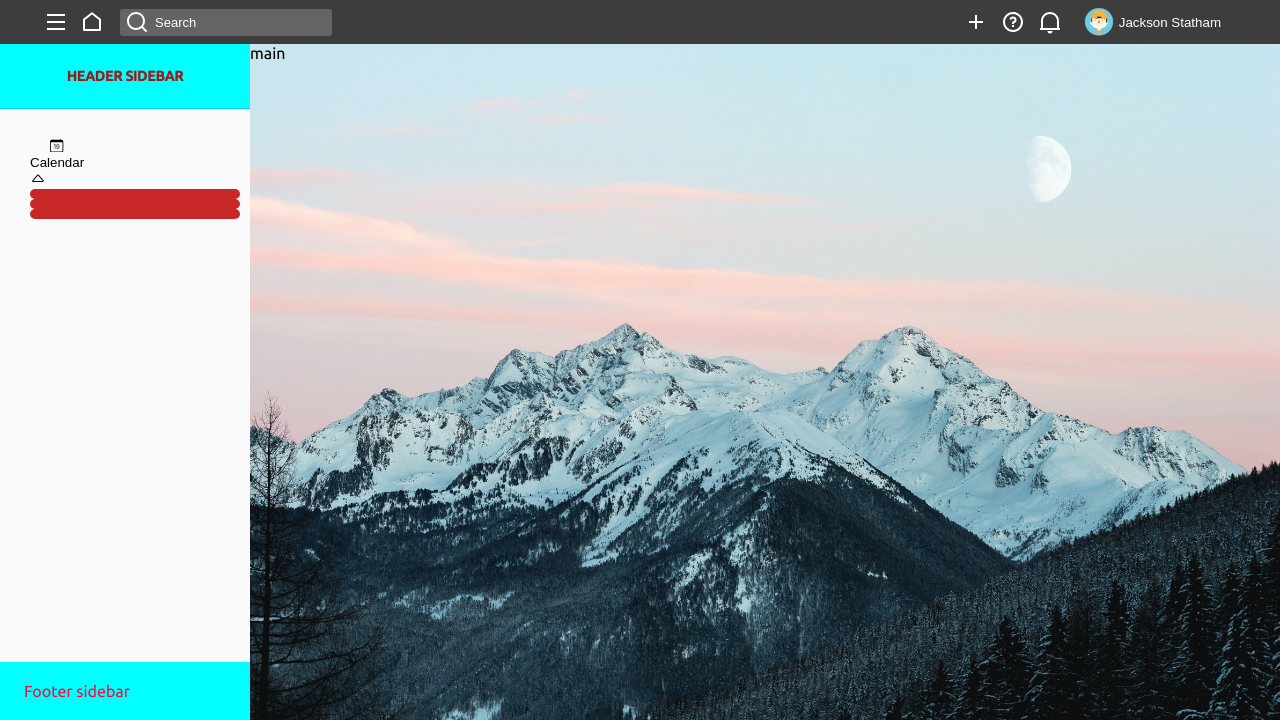
Repository: huuthe1999/to-do-list
Page: /
An editor plug-in stored every save of this project. The page is shown before and after a run of saves, followed by the edit.
The browser window is 1280 px wide. The pictures show the whole page.
The project was rebuilt for these pictures with package versions that can differ from the ones it lists, and the page was loaded fresh each time. Also part of the build but not shown: src/components/form/addForm/addForm.scss, src/components/form/addForm/AddForm.js, src/components/modal/modal.scss, src/components/modal/Modal.js.

Above is the page before, as saved 2022-02-17 14:01:38.

### public/index.html
<!DOCTYPE html>
<html lang="en">
	<head>
		<meta charset="utf-8" />
		<link rel="icon" href="%PUBLIC_URL%/favicon.ico" />
		<meta name="viewport" content="width=device-width, initial-scale=1" />
		<meta name="theme-color" content="#000000" />
		<meta
			name="description"
			content="Web site created using create-react-app"
		/>
		<link rel="apple-touch-icon" href="%PUBLIC_URL%/logo192.png" />
		<!--
      manifest.json provides metadata used when your web app is installed on a
      user's mobile device or desktop. See https://developers.google.com/web/fundamentals/web-app-manifest/
    -->
		<link rel="manifest" href="%PUBLIC_URL%/manifest.json" />
		<!--
      Notice the use of %PUBLIC_URL% in the tags above.
      It will be replaced with the URL of the `public` folder during the build.
      Only files inside the `public` folder can be referenced from the HTML.

      Unlike "/favicon.ico" or "favicon.ico", "%PUBLIC_URL%/favicon.ico" will
      work correctly both with client-side routing and a non-root public URL.
      Learn how to configure a non-root public URL by running `npm run build`.
    -->
		<title>React Redux App</title>
	</head>
	<body>
		<noscript>You need to enable JavaScript to run this app.</noscript>
		<div id="modal"></div>
		<div id="root"></div>
		<!--
      This HTML file is a template.
      If you open it directly in the browser, you will see an empty page.

      You can add webfonts, meta tags, or analytics to this file.
      The build step will place the bundled scripts into the <body> tag.

      To begin the development, run `npm start` or `yarn start`.
      To create a production bundle, use `npm run build` or `yarn build`.
    --></body>
</html>

### src/index.js
import React from 'react';
import ReactDOM from 'react-dom';
import { Provider } from 'react-redux';
import App from './App';
import { store } from './app/store';

ReactDOM.render(
	<React.StrictMode>
		<Provider store={store}>
			<App />
		</Provider>
	</React.StrictMode>,
	document.getElementById('root'),
);

### src/App.js
import React from 'react';
// import { Counter } from './features/counter/Counter';
import './App.scss';
import Main from './components/main/Main';
import SideBar from './components/sideBar/SideBar';
import TopBar from './components/topBar/TopBar';
function App() {
	return (
		<div className='app'>
			<TopBar />
			<div className='container'>
				<SideBar />
				<Main />
			</div>
		</div>
	);
}

export default App;

### src/App.scss
@import url('https://fonts.googleapis.com/css2?family=Ubuntu:wght@300;400;500&display=swap');
*,
*::before,
*::after {
	margin: 0;
	padding: 0;
	box-sizing: border-box;
}

:root {
	--icon-color: #fff;
	--icon-size: 40px;

	--bg: rgb(53, 42, 42);
	--bg-input: hsla(0, 0%, 100%, 0.2);
	// Header
	--hd-text-color: #ffffff;
	--hd-icon-color-hover: #202020;
}

.app {
	font-family: 'Ubuntu', sans-serif;
	font-size: 16px;
	width: 100vw;
	height: 100vh;
	background-color: var(--bg);
	overflow: hidden;
}

.container {
	display: flex;
	height: calc(100% - 44px);
}

button {
	border: none;
	outline: none;
	cursor: pointer;
	background-color: transparent;
}

a {
	text-decoration: none;
}

ul {
	list-style-type: none;
}

### src/components/main/Main.js
import './main.scss';

const Main = () => {
	return <div className='main'>main</div>;
};

export default Main;

### src/components/sideBar/SideBar.js
import Calendar from '../calendar/Calendar';
import './sideBar.scss';

const SideBar = () => {
	return (
		<div className='sidebar'>
			<div className='sidebar__inner'>
				<div className='sidebar__layout'>
					<div className='sidebar__layout-header'>
						<p>Header sidebar</p>
					</div>
					<div className='sidebar__layout-content'>
						<Calendar />
					</div>
					<div className='sidebar__layout-footer'>Footer sidebar</div>
				</div>
			</div>
		</div>
	);
};

export default SideBar;

### src/components/topBar/TopBar.js
import { useState } from 'react';
import {
	RiAddLine,
	RiHomeLine,
	RiMenuLine,
	RiNotification2Line,
	RiQuestionLine,
	RiSearchLine,
} from 'react-icons/ri';
import Avatar from '../../assets/images/avatar.png';
import AddForm from '../form/addForm/AddForm';
import Modal from '../modal/Modal';
import './topbar.scss';
const TopBar = () => {
	const [modal, setShowModal] = useState(false);
	return (
		<header className='topbar'>
			<div className='topbar__inner'>
				<div className='topbar__inner-leftControl'>
					<button className='topbar__button leftControl'>
						<RiMenuLine className='topbar__button-icon' />
					</button>

					<button className='topbar__button leftControl'>
						<RiHomeLine className='topbar__button-icon' />
					</button>
					<div className='topbar__inner-leftControl-search'>
						<RiSearchLine className='topbar__button-icon topbar__button-icon-search' />
						<input type='text' placeholder='Search' />
					</div>
				</div>
				<div className='topbar__inner-rightControl'>
					<Modal showModal={modal} setShowModal={setShowModal}>
						<AddForm setShowModal={setShowModal} />
					</Modal>
					<button className='topbar__button rightControl'>
						<RiAddLine
							className='topbar__button-icon'
							onClick={() => setShowModal(true)}
						/>
					</button>
					<button className='topbar__button rightControl'>
						<RiQuestionLine className='topbar__button-icon' />
					</button>
					<button className='topbar__button rightControl'>
						<RiNotification2Line className='topbar__button-icon' />
					</button>
					<button className='topbar__button info'>
						<img src={Avatar} alt='avatar' />
						<p>Jackson Statham</p>
					</button>
				</div>
			</div>
		</header>
	);
};

export default TopBar;

### src/features/counter/counterSlice.js
import { createAsyncThunk, createSlice } from '@reduxjs/toolkit';
import { fetchCount } from './counterAPI';

const initialState = {
  value: 0,
  status: 'idle',
};

// The function below is called a thunk and allows us to perform async logic. It
// can be dispatched like a regular action: `dispatch(incrementAsync(10))`. This
// will call the thunk with the `dispatch` function as the first argument. Async
// code can then be executed and other actions can be dispatched. Thunks are
// typically used to make async requests.
export const incrementAsync = createAsyncThunk(
  'counter/fetchCount',
  async (amount) => {
    const response = await fetchCount(amount);
    // The value we return becomes the `fulfilled` action payload
    return response.data;
  }
);

export const counterSlice = createSlice({
  name: 'counter',
  initialState,
  // The `reducers` field lets us define reducers and generate associated actions
  reducers: {
    increment: (state) => {
      // Redux Toolkit allows us to write "mutating" logic in reducers. It
      // doesn't actually mutate the state because it uses the Immer library,
      // which detects changes to a "draft state" and produces a brand new
      // immutable state based off those changes
      state.value += 1;
    },
    decrement: (state) => {
      state.value -= 1;
    },
    // Use the PayloadAction type to declare the contents of `action.payload`
    incrementByAmount: (state, action) => {
      state.value += action.payload;
    },
  },
  // The `extraReducers` field lets the slice handle actions defined elsewhere,
  // including actions generated by createAsyncThunk or in other slices.
  extraReducers: (builder) => {
    builder
      .addCase(incrementAsync.pending, (state) => {
        state.status = 'loading';
      })
      .addCase(incrementAsync.fulfilled, (state, action) => {
        state.status = 'idle';
        state.value += action.payload;
      });
  },
});

export const { increment, decrement, incrementByAmount } = counterSlice.actions;

// The function below is called a selector and allows us to select a value from
// the state. Selectors can also be defined inline where they're used instead of
// in the slice file. For example: `useSelector((state: RootState) => state.counter.value)`
export const selectCount = (state) => state.counter.value;

// We can also write thunks by hand, which may contain both sync and async logic.
// Here's an example of conditionally dispatching actions based on current state.
export const incrementIfOdd = (amount) => (dispatch, getState) => {
  const currentValue = selectCount(getState());
  if (currentValue % 2 === 1) {
    dispatch(incrementByAmount(amount));
  }
};

export default counterSlice.reducer;

### src/components/main/main.scss
.main {
	width: 100%;
	height: 100%;
	background-image: url(../../assets/images/bg_main.jpg);
	background-repeat: no-repeat;
	background-size: cover;
	overflow-y: auto;
}

### src/components/calendar/Calendar.js
import React from 'react';
import { BsCalendarDate, BsCaretUp } from 'react-icons/bs';
import CalendarItem from './calendarItem/CalendarItem';

const calendarList = [
	{ id: 1, name: 'Today' },
	{ id: 2, name: 'Tomorrow' },
	{ id: 3, name: 'Next Week' },
];
const Calendar = () => {
	return (
		<div className='calendar'>
			<div className='calendar__header'>
				<button className='calendar__header--title'>
					<BsCalendarDate />
					<p>Calendar</p>
				</button>
				<div className='calendar__header--expand'>
					<span>
						<BsCaretUp />
					</span>
				</div>
			</div>
			<div className='calendar__content'>
				<div className='calendar__content--wrapper'>
					<div className='calendar__content--wrapper--inner'>
						<ul className='calendar__content--list'>
							{calendarList.map(({ id, name }) => (
								<CalendarItem key={id} name={name} />
							))}
						</ul>
					</div>
				</div>
			</div>
		</div>
	);
};

export default Calendar;

### src/components/sideBar/sideBar.scss
.sidebar {
	position: relative;
	z-index: 109;
	height: 100%;
	background-color: aqua;
	min-width: 250px;
	width: 300px;
	transition: all 0.3s cubic-bezier(0.4, 0, 0.2, 1);

	&__inner {
		height: 100%;
		position: relative;
		z-index: 101;
	}

	&__layout {
		height: 100%;
		overflow-y: auto;
		overflow-x: hidden;
		display: flex;
		flex-direction: column;
		position: relative;
		z-index: 101;

		&-header {
			border-bottom: 1px solid rgba(8, 41, 228, 0.2);

			p {
				text-align: center;
				color: rgb(160, 25, 25);
				padding: 24px;
				font-weight: bold;
				font-size: 14px;
				text-transform: uppercase;
			}
		}

		&-content {
			flex-grow: 1;
			padding: 30px 10px 30px 30px;
			background-color: #fafafa;
		}

		&-footer {
			padding: 20px 24px;
			color: rgb(245, 12, 62);
		}
	}
}

### src/components/topBar/topbar.scss
.topbar {
	display: flex;
	justify-content: center;
	align-items: center;
	background-color: #3d3d3d;
	flex-shrink: 0;
	padding: 0px 42px;
	font-size: 13px;
	color: #202020;
	height: 44px;

	&__inner {
		display: flex;
		justify-content: space-between;
		background-color: transparent;
		width: 100%;
		height: 100%;

		&-leftControl {
			display: flex;
			align-items: center;
			justify-content: flex-start;

			&-search {
				display: flex;
				align-items: center;
				position: relative;
				margin-left: 6px;

				&:hover {
					input {
						background-color: var(--hd-text-color);
						&::placeholder {
							color: var(--hd-icon-color-hover);
						}
					}
					* {
						color: var(--hd-icon-color-hover);
					}
				}

				input {
					font-size: 13px;
					color: var(--hd-text-color);
					background-color: var(--bg-input);
					outline: 0;
					border-radius: 3px;
					border: 1px solid transparent;
					padding: 5px 0 5px 34px;
					transition: all 0.15s cubic-bezier(0.4, 0, 0.2, 0.1);
					transition-property: background-color;

					&::placeholder {
						color: var(--hd-text-color);
					}
				}
			}
		}

		&-rightControl {
			display: flex;
			align-items: center;
			height: 44px;
			padding: 0px 12px;

			img {
				width: 100%;
				height: 100%;
			}
		}
	}

	&__button {
		display: flex;
		justify-content: center;
		align-items: center;
		border-radius: 3px;

		&:hover {
			background-color: var(--bg-input);
		}

		&.leftControl {
			height: 28px;
			min-width: 28px;
			margin-right: 8px;
		}

		&.rightControl {
			height: 32px;
			min-width: 32px;
			margin-left: 5px;
		}

		&.info {
			height: 100%;
			color: var(--hd-text-color);
			margin-left: 8px;
			padding: 0px 5px;
			img {
				width: 40px;
				height: 40px;
			}
		}
		&-icon {
			font-size: 24px;
			color: var(--icon-color);

			&-search {
				position: absolute;
				left: 5px;
				top: 50%;
				transform: translateY(-50%);
				color: var(--icon-color);
			}
		}
	}
}

### src/components/calendar/calendarItem/CalendarItem.js
import './calendarItem.scss';

const CalendarItem = ({ name }) => {
	return (
		<li className='calendar__content--item'>
			<span className='calendar__content--item-icon'></span>
			<span className='calendar__content--item-content'></span>
		</li>
	);
};

export default CalendarItem;

### src/components/calendar/calendarItem/calendarItem.scss
.calendar__content--item {
	border-radius: 5px;
	display: flex;
	align-items: center;
	padding: 5px 16px 5px 5px;
	cursor: pointer;
	background-color: rgb(199, 39, 39);
}

Loaded but not shown: src/app/store.js (common file); src/features/counter/counterAPI.js (common file)

After the next 3 saves:
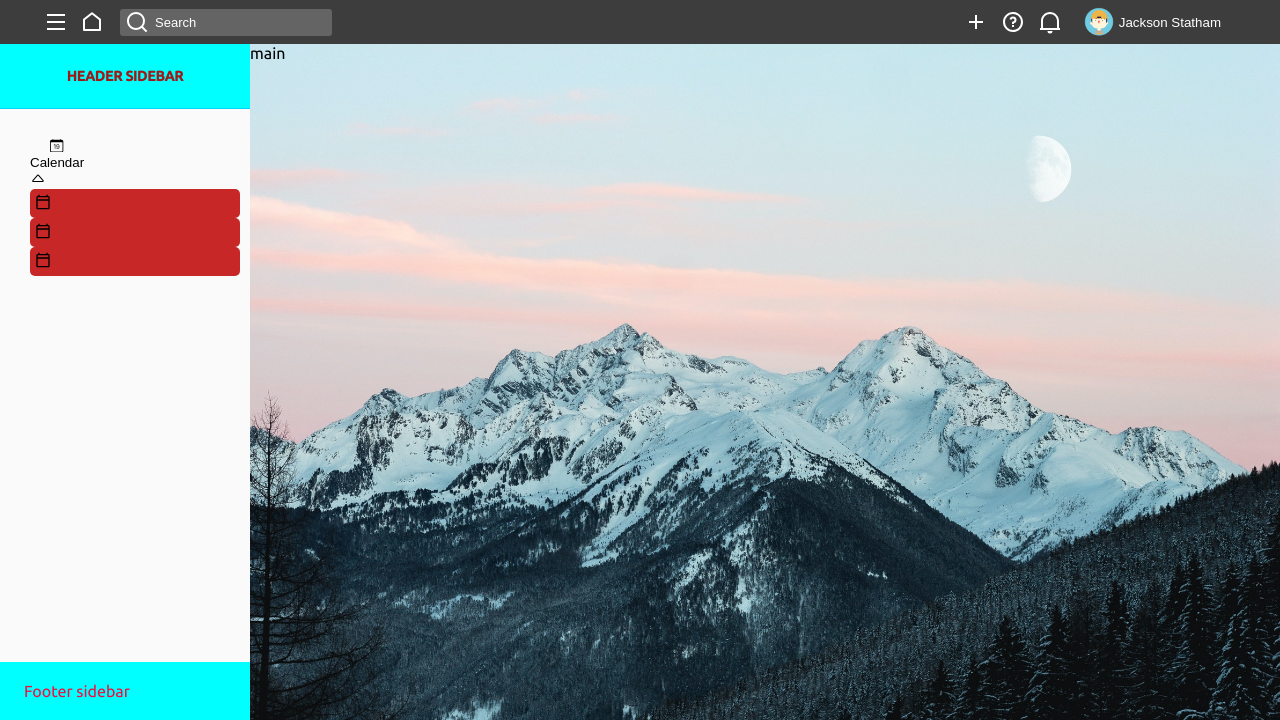
The 3 saves are shown as one change because 2 did not build or start.
The last was saved 2 min 1 s later.
--- a/src/components/calendar/calendarItem/CalendarItem.js
+++ b/src/components/calendar/calendarItem/CalendarItem.js
@@ -1,9 +1,11 @@
 import './calendarItem.scss';
-
+import { MdOutlineCalendarToday } from 'react-icons/md';
 const CalendarItem = ({ name }) => {
 	return (
 		<li className='calendar__content--item'>
-			<span className='calendar__content--item-icon'></span>
+			<span className='calendar__content--item-icon'>
+				<MdOutlineCalendarToday />
+			</span>
 			<span className='calendar__content--item-content'></span>
 		</li>
 	);
